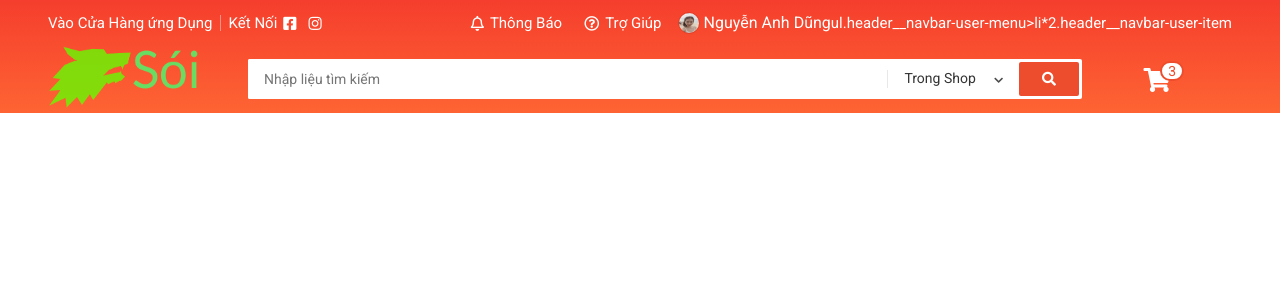
Repository: adwewecat/shoppe
Page: index.html
An editor plug-in stored every save of this project. The page is shown before and after the next save, followed by the edit.
The browser window is 1280 px wide. The pictures show the whole page.

Above is the page before, as saved 2021-09-03 11:58:06.

After the next save:
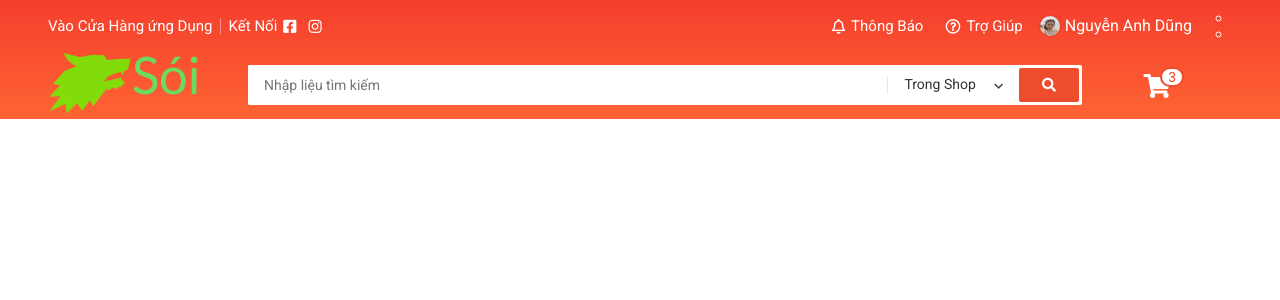
Saved 6 s later.
--- a/index.html
+++ b/index.html
@@ -133,7 +133,10 @@
                             <img src="./assets/img/san-pham/4.jpg" alt="" class="header__navbar-user-img">
                             <span class="header__navbar-user-name">Nguyễn Anh Dũng</span>
 
-                            ul.header__navbar-user-menu>li*2.header__navbar-user-item
+                            <ul class="header__navbar-user-menu">
+                                <li class="header__navbar-user-item"></li>
+                                <li class="header__navbar-user-item"></li>
+                            </ul>
 
                         </li>
                     </ul>
